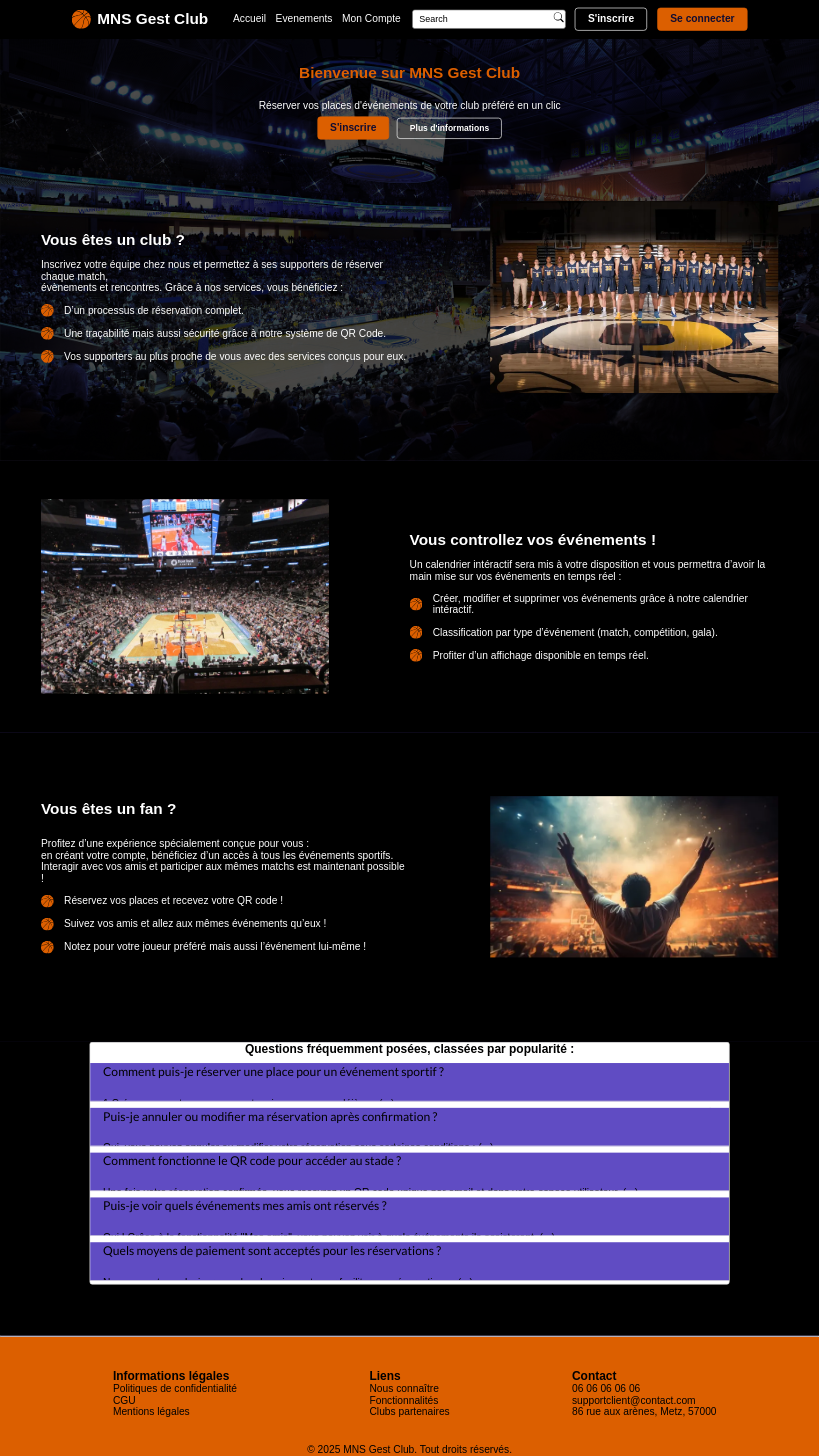
Repository: Sgrini/projetfilrouge
Page: http://localhost/
The author's editor kept a copy of each file at every save. The page is drawn from the files as they stood at one save, then again after the next save.
The browser window is 1280 px wide. The pictures show the whole page, at 64% of full size.
Some web fonts or font styles are not loaded; a fallback is used. The page is run by PHP 8.4 with error messages shown; the project is at /var/www/html/.

Above is the page before, as saved 2025-05-07 11:36:25.

After the next save:
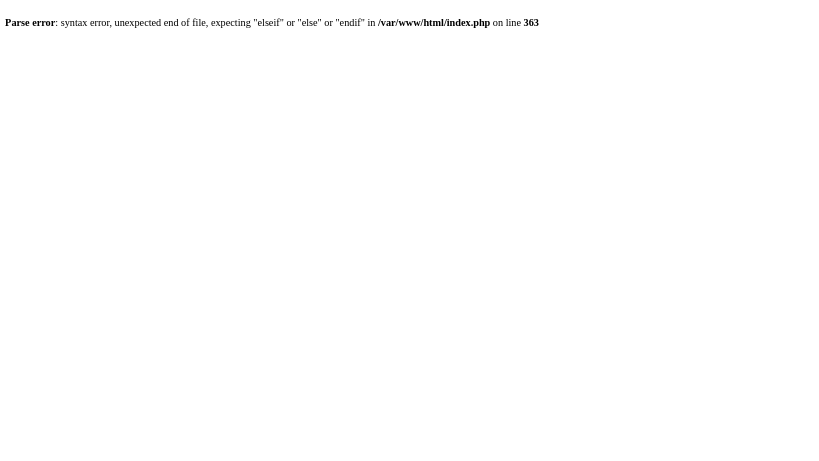
Saved 6 min 45 s later.
--- a/index.php
+++ b/index.php
@@ -26,6 +26,8 @@
           <ul class="links">
             <li><a class="nav__link" href="index.php">Accueil</a></li>
             <li><a class="nav__link" href="events.php">Evenements</a></li>
+            <?php if (!isset($_SESSION['role_id'])): ?>
+
             <li><a class="nav__link" href="admin.php">Mon Compte</a></li>
           </ul>
           <!-- Champ de recherche -->

After the save that followed:
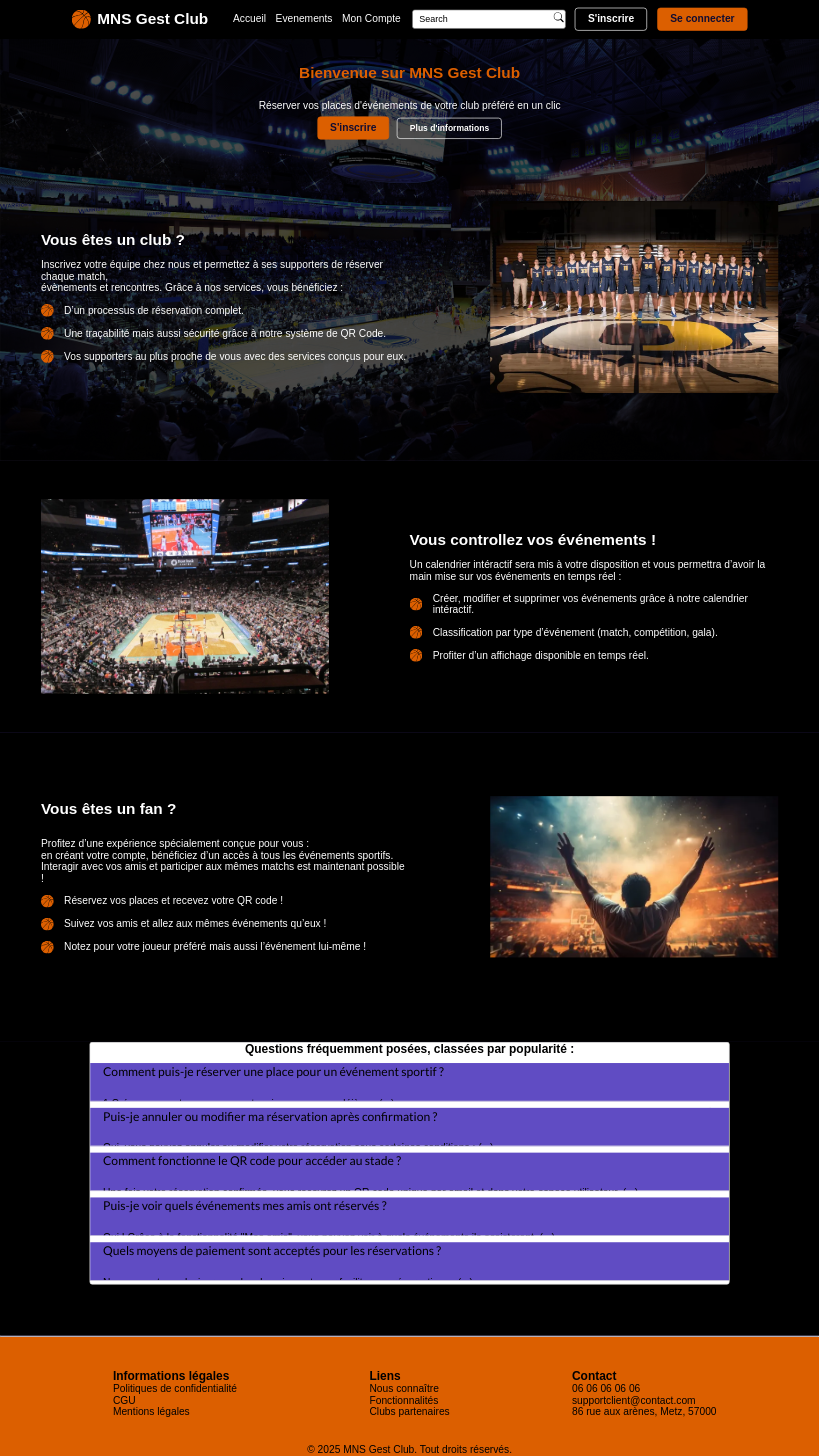
Saved 37 s later.
--- a/index.php
+++ b/index.php
@@ -26,8 +26,6 @@
           <ul class="links">
             <li><a class="nav__link" href="index.php">Accueil</a></li>
             <li><a class="nav__link" href="events.php">Evenements</a></li>
-            <?php if (!isset($_SESSION['role_id'])): ?>
-
             <li><a class="nav__link" href="admin.php">Mon Compte</a></li>
           </ul>
           <!-- Champ de recherche -->
